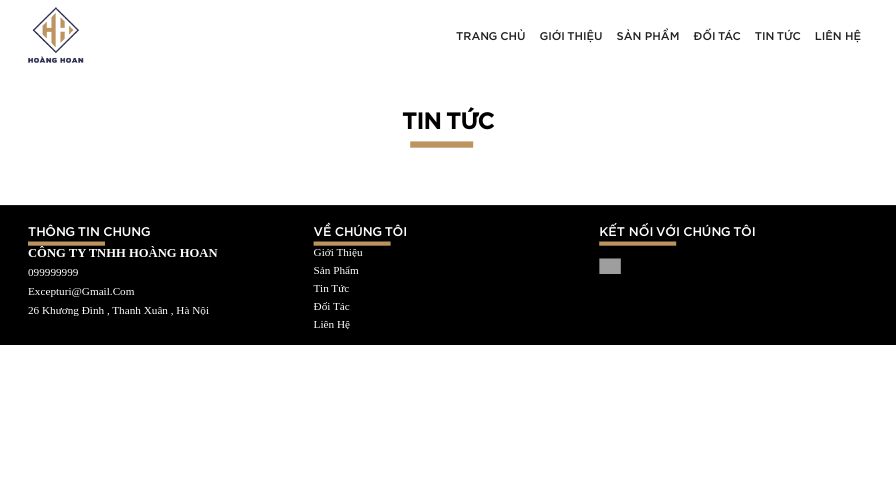
Repository: LDDUNG2003/prj_2
Page: /news
The author's editor kept a copy of each file at every save. The page is drawn from the files as they stood at one save, then again after the next save.
The browser window is 1280 px wide. The pictures show the part of the page from y = 0 to 1920 px (the page is 720 px tall before and 3987 px after), at 70% of full size.
Pictures or frames that could not be fetched are drawn as grey boxes. The project was rebuilt for these pictures with package versions that can differ from the ones it lists, and the page was loaded fresh each time. Also part of the build but not shown: src/font-awesome/index.js, src/pages/home/setProductSlick/index.js, src/pages/home/index.js, src/styles/css/contact.css, src/pages/contact/index.js, src/pages/notfoud/index.js.

Above is the page before, as saved 2023-09-22 09:58:27.

### public/index.html
<!doctype html>
<html lang="en">
  <head>
    <meta charset="utf-8">
    <meta name="viewport" content="width=device-width, initial-scale=1">
    <link rel="shortcut icon" href="./img/logo.png">
    <link rel="preconnect" href="https://fonts.googleapis.com">
    <link rel="preconnect" href="https://fonts.gstatic.com" crossorigin>
    <link href="https://fonts.googleapis.com/css2?family=Roboto:ital,wght@0,100;0,300;0,400;0,500;1,100;1,400;1,500;1,700;1,900&display=swap" rel="stylesheet">
    <title>Nội Thất Hoàng Hoan</title>
  </head>
  <body>
    <div id="root"></div>
  </body>
</html>

### src/index.js
import React from 'react';
import ReactDOM from 'react-dom';
import App from './App';
import './index.css';

const root = ReactDOM.createRoot(document.getElementById('root'));
root.render(
  <React.StrictMode>
    <App />
  </React.StrictMode>,
);

### src/App.js
import React, { Component, Fragment } from 'react';
import { BrowserRouter as Router , Routes, Route } from 'react-router-dom';
import defaultLayout from './layouts/defaultLayout';
import { publicRoute } from './routes';
import "slick-carousel/slick/slick.css";
import "slick-carousel/slick/slick-theme.css";
import './styles/css/responsive.css';

class App extends Component {
  render() {
    return (
      <Router>
        <div className="App">
        <Routes>
          {publicRoute.map((route ,index) => {
              const Page = route.component
              let Layout
              if(route.layout === 'notlayout'){
                Layout = Fragment
              }else{
                Layout = defaultLayout
              }
              return (<Route
                key={index}
                path={route.path}
                element={
                <Layout>
                    <Page/>
                  </Layout>
                }/>);
            })}
        </Routes>
        </div>
      </Router>
    );
  }
}

export default App;

### src/index.css
@font-face {
    font-family: "Gotham-Medium";
    src: url(./styles/front/Gotham-Medium.otf);
}

@font-face {
    font-family: "Gotham-Thin";
    src: url(./styles/front/Gotham-Thin.otf);
}

@font-face {
    font-family: "Gotham-Ultra";
    src: url(./styles/front/Gotham-Ultra.otf);
}

### src/layouts/defaultLayout/index.js
// import PropTypes from 'prop-types'
import Header from "../header";
import Footer from "../footer";
import "../../styles/css/base.css";

function defaultLayout({children}) {
    return(
        <>
        <Header />
        <div className="content">{children}</div>
        <Footer />
        </>
    );
}

// DefaultLayout.propTypes = {
//     children: PropTypes.node.isRequired
// };
export default defaultLayout

### src/routes/index.js
import Home from '~/pages/home'
import News from '~/pages/news'
import Contact from '~/pages/contact'
import page404 from '~/pages/notfoud'

const publicRoute = [
    {path: '/',component: Home},
    {path: '/news',component: News},
    {path: '/contact',component: Contact},
    {path: '/*',component: page404, layout: 'notlayout'}
]

export  {publicRoute}

### src/styles/css/responsive.css
@media (min-width:767px) {
    #mobileMenu {
        display: none;
    }
}

@media (max-width: 767px) {
    #root {
        margin: 0px 5px;
    }
    #mobileMenu {
        display: block;
        text-align: center;
    }
    .logo--block {
        width: 100%;
        display: flex;
        align-items: center;
        justify-content: space-between;
    }
    .navBar {
        display: block;
        height: auto;
    }
    .choose-item {
        width: 100%;
    }
    .menu-mobile {
        width: 40px;
        height: 40px;
        padding: 10px;
        border: 0px;
        background-color: var(--primary-color);
    }
    .news--item-container {
        font-size: 11px;
    }
    .content--title::before {
        display: none;
    }
    .new--item-heading {
        font-size: 14px;
    }
    .navBar__list {
        display: none;
        width: 100%;
    }
    .navBar__list-item {
        padding: 4px;
        border-bottom: 2px solid #ccc;
    }
    .about__us {
        background: none;
    }
    .about__us::before {
        background: none;
    }
    .content__focut {
        position: static;
    }
    .focut--item {
        width: 50%;
    }
    .content__banner {
        width: 100%;
    }
    .banner--content {
        display: none;
    }
    .slick-prev:before,
    .slick-next:before {
        display: none;
    }
    .about--background {
        display: none;
    }
    .about__us-bag {
        position: static;
    }
    .about--block {
        display: block;
    }
    .about--content {
        width: 100%;
        color: var(--text-color);
    }
    .about--content img {
        width: 100%;
    }
    .content--title {
        color: var(--text-color);
    }
    .news--contain {
        display: block;
    }
    .mobile-display {
        display: none;
    }
    .news--contain--item {
        width: 100%;
    }
    .news--list-item {
        width: 100%;
        overflow: hidden;
    }
    .news--list-item img {
        height: 100%;
    }
    .partner--list {
        flex-wrap: wrap;
    }
    .partner--item {
        width: 50%;
    }
    .content--contact {
        display: none;
    }
    .footer__lable {
        display: block;
    }
    .footer--list {
        width: 100%;
        padding: 10px 0px;
    }
    .footer--list-item {
        width: 100%;
        padding: 5px 0px;
    }
    /* news responsive */
    .news--content-list {
        margin: 0px 20px;
    }
    .news--content-item {
        width: 100%;
    }
    .featured--list {
        width: 100%;
        margin: 10px;
        flex-wrap: wrap;
    }
    .featured--item {
        width: 100%;
    }
}

### src/layouts/header/index.js
import ListMenu from "./itemsHeader";
import { FontAwesomeIcon } from "@fortawesome/react-fontawesome"
import { faBars} from "@fortawesome/free-solid-svg-icons";
function Header(){
    let Href = window.location.href
    console.log(Href)

    return (
        <div className="header">
            <div className="navBar">
                <div className="logo--block">
                <img src="./img/logo.png" alt="logo" className="logo" />
                <button onClick={clickMenu} className="menu-mobile" id="mobileMenu"><FontAwesomeIcon icon={faBars} color="#fff"/></button>
                </div>
                <ul className="navBar__list">
                    <ListMenu/>
                </ul>
            </div>
        </div>
    )
}
function clickMenu(){
    if (document.getElementsByClassName("navBar__list")[0].style.display === "block") {
        document.getElementsByClassName("navBar__list")[0].style.display = null;
    } else {
        document.getElementsByClassName("navBar__list")[0].style.display = "block";
    }
}

export default Header

### src/layouts/footer/index.js
function Footer(){
    return (
        <div className="footer ">
            <div className="footer__lable">
                <ul className="footer--list">
                <li className="footer--list-item">
                    <h3 className="footer--list-heading">
                    thông tin chung
                    </h3>
                </li>
                <li className="footer--list-item footer--inheri">công ty tnhh hoàng hoan</li>
                <li className="footer--list-item"><i className="fa-solid fa-phone" style={{color: '#ffffff'}} />099999999</li>
                <li className="footer--list-item"><i className="fa-regular fa-envelope" style={{color: '#ffffff'}} />excepturi@gmail.com
                </li>
                <li className="footer--list-item"><i className="fa-solid fa-location-dot fa-beat" style={{color: '#ffffff'}} />26 khương đình , thanh xuân , hà nội</li>
                </ul>
                <ul className="footer--list">
                <li className="footer--list-item">
                    <h3 className="footer--list-heading">về chúng tôi</h3>
                </li>
                <li className="footer--list-item">giới thiệu</li>
                <li className="footer--list-item">sản phẩm</li>
                <li className="footer--list-item">tin tức</li>
                <li className="footer--list-item">đối tác</li>
                <li className="footer--list-item">liên hệ</li>
                </ul>
                <ul className="footer--list">
                <li className="footer--list-item">
                    <h3 className="footer--list-heading">kết nối với chúng tôi</h3>
                </li>
                <li className="footer--list-item">
                    <ul className="footer--list-contact">
                    <li className="fooder--list-contact-item"><i className="fa-brands fa-square-facebook" style={{color: '#ffffff'}} /></li>
                    <li className="fooder--list-contact-item"><i className="fa-brands fa-instagram" style={{color: '#ffffff'}} />
                    </li>
                    <li className="fooder--list-contact-item"><i className="fa-regular fa-envelope" style={{color: '#fcfcfd'}} />
                    </li>
                    </ul>
                </li>
                <li className="footer--list-item"><img style={{height: 23}} src="./img/xacnhan-bocongthong.png" alt /></li>
                </ul>
            </div>
        </div>
    )
}

export default Footer

### src/styles/css/base.css
* {
    padding: 0px;
    margin: 0px;
    font-family: "Gotham-Medium";
    text-align: justify;
}

:root {
    --primary-color: #bd945f;
    --text-color: #222222;
}


/* font setting */

.App {
    width: 100%;
    overflow: hidden;
}

.main {
    width: 100%;
}

.header {
    padding: 10px 0px;
    margin: auto;
    width: 100%;
    max-width: 1200px;
}

.navBar {
    display: flex;
    width: 100%;
    justify-content: space-between;
}

.logo {
    height: 80px;
}

.navBar__list {
    display: flex;
    list-style: none;
    align-items: center;
}

.navBar__list-item {
    margin: 0 10px;
    position: relative;
}

.navBar__list--link {
    text-transform: uppercase;
    font-size: 16px;
    color: var(--text-color);
    text-decoration: none;
}

.navBar__list-item::before {
    content: '';
    background-color: var(--primary-color);
    display: block;
    height: 4px;
    margin-top: 7px;
    width: 0px;
    top: 75%;
    position: absolute;
    transition: 0.3s;
    z-index: 1;
}

.select--item::before {
    content: '';
    background-color: var(--primary-color);
    display: block;
    height: 4px;
    margin-top: 7px;
    width: 65px;
    top: 75%;
    position: absolute;
    z-index: 1;
}

.navBar__list-item:hover::before {
    width: 65px;
}

.featured--content {
    padding-top: 10px;
    text-align: center;
}

.featured-name {
    display: contents;
    font-size: 18px;
    text-transform: capitalize;
}

.evaluate--list {
    list-style: none;
    display: flex;
    justify-content: center;
}

.evaluate--list li {
    padding: 5px;
    margin: 0;
}

.note-product {}

.content--title {
    font-size: 32px;
    padding: 50px 0px;
    text-align: center;
    position: relative;
    text-transform: uppercase;
}

.content--title::before {
    content: '';
    background-color: var(--primary-color);
    width: 90px;
    height: 9px;
    position: absolute;
    top: 70%;
    right: 47%;
}

.content__featured {
    width: 100%;
    max-width: 1200px;
    margin: auto;
    padding-bottom: 30px;
}

.featured--list {
    width: 100%;
    list-style: none;
    display: flex;
    text-align: center;
}

.featured--item {}

.featured--img {
    width: 80%;
    margin: auto;
}

.price-product {
    text-align: center;
    padding: 7px 0px;
    font-weight: 800;
    font-size: 16px;
}

.slick-prev:before,
.slick-next:before {
    color: var(--primary-color) !important;
    width: 15px;
    display: inline-block;
}

.footer {
    padding: 20px 0px;
    background-color: black;
}

.footer__lable {
    max-width: 1200px;
    margin: auto;
    display: flex;
    width: 100%;
    justify-content: space-around;
    color: #fff;
    justify-content: space-between;
}

.footer--list {
    list-style: none;
    width: 32%;
}

.footer--list-item {
    font-size: 16px;
    padding-top: 8px;
    text-transform: capitalize;
    font-family: initial;
}

.footer--list-heading {
    font-size: 18px;
    font-weight: 300;
    text-transform: uppercase;
    position: relative;
    padding-bottom: 0px;
    font-family: 'Gotham-Medium';
}

.footer--list-heading::after {
    content: '';
    background-color: var(--primary-color);
    width: 110px;
    padding-top: 6px;
    position: absolute;
    left: 0px;
    bottom: -8px;
}

.footer--inheri {
    text-transform: uppercase;
    font-weight: 600;
    font-size: 18px;
}

.footer--list-contact {
    display: flex;
    list-style: none;
}

.fooder--list-contact-item {
    width: 16px;
    padding: 5px;
}

### src/pages/news/index.js
import NewsList from "./newsListItem";
import "~/styles/css/news.css"
function News() {
    document.title = 'Tin Tức';
    return (
        <div className="news--contet">
    <h2 className="content--title">tin tức</h2>
    <ul className="news--content-list">

    </ul>
</div>

     );
}

export default News;

### src/layouts/header/itemsHeader/index.js
import { Link } from "react-router-dom"

function ListMenu() {
    var menuItem = ["Trang Chủ", "Giới Thiệu","sản phẩm","Đối Tác","tin tức","Liên hệ"]
    var menuLink = ["/", "/About", "/Products","partner", "/News", "/Contact"]
    var menubar =[]
    for (var i = 0; i < menuItem.length; i++) {
        menubar.push(
            <li onClick={clickLink} className="navBar__list-item" key={i}>
                <Link className="navBar__list--link" to={menuLink[i]}>{menuItem[i]}</Link>
            </li>
        )
        console.log(menuItem[i])
    }
    return (
        <>
        {menubar}
        </>
    );

    function clickLink(){
        document.getElementsByClassName("navBar__list")[0].style.display = null;
    }
}


export default ListMenu;

### src/styles/css/news.css
.news--contet {
    width: 100%;
    max-width: 1200px;
    margin: auto;
    padding-bottom: 50px;
}

.news--content-list {
    display: flex;
    flex-wrap: wrap;
    list-style: none;
    align-items: center;
}

.news--content-item {
    width: 33%;
    padding: 20px;
    box-sizing: border-box;
}

.news--item-img {
    width: 100%;
}

.news--item-contain {
    margin: auto;
    margin-left: 8px;
}

.news--contain-heading {
    font-size: 23px;
    color: var(--primary-color);
    text-transform: uppercase;
}

.news--contain-text {
    padding: 10px 0px 0px 0px;
    font-size: 16px;
}

### src/pages/notfoud/index.css
* {
    -webkit-box-sizing: border-box;
    box-sizing: border-box;
}

body {
    padding: 0;
    margin: 0;
}

#notfound {
    position: relative;
    height: 100vh;
}

#notfound .notfound {
    position: absolute;
    left: 50%;
    top: 50%;
    -webkit-transform: translate(-50%, -50%);
    -ms-transform: translate(-50%, -50%);
    transform: translate(-50%, -50%);
}

.notfound {
    max-width: 520px;
    width: 100%;
    line-height: 1.4;
    text-align: center;
}

.notfound .notfound-404 {
    position: relative;
    height: 200px;
    margin: 0px auto 20px;
    z-index: -1;
}

.notfound .notfound-404 h1 {
    font-family: 'Montserrat', sans-serif;
    font-size: 236px;
    font-weight: 200;
    margin: 0px;
    color: #211b19;
    text-transform: uppercase;
    position: absolute;
    left: 50%;
    top: 50%;
    -webkit-transform: translate(-50%, -50%);
    -ms-transform: translate(-50%, -50%);
    transform: translate(-50%, -50%);
}

.notfound .notfound-404 h2 {
    font-family: 'Montserrat', sans-serif;
    font-size: 28px;
    font-weight: 400;
    text-transform: uppercase;
    color: #211b19;
    background: #fff;
    padding: 10px 5px;
    margin: auto;
    display: inline-block;
    position: absolute;
    bottom: 0px;
    left: 0;
    right: 0;
}

.notfound a {
    font-family: 'Montserrat', sans-serif;
    display: inline-block;
    font-weight: 700;
    text-decoration: none;
    color: #fff;
    text-transform: uppercase;
    padding: 13px 23px;
    background: #ff6300;
    font-size: 18px;
    -webkit-transition: 0.2s all;
    transition: 0.2s all;
}

.notfound a:hover {
    color: #ff6300;
    background: #211b19;
}

@media only screen and (max-width: 767px) {
    .notfound .notfound-404 h1 {
        font-size: 148px;
    }
}

@media only screen and (max-width: 480px) {
    .notfound .notfound-404 {
        height: 148px;
        margin: 0px auto 10px;
    }
    .notfound .notfound-404 h1 {
        font-size: 86px;
    }
    .notfound .notfound-404 h2 {
        font-size: 16px;
    }
    .notfound a {
        padding: 7px 15px;
        font-size: 14px;
    }
}

### src/styles/css/home.css
.content {
    width: 100%;
    /* max-width: 1500px; */
    margin: auto;
}

.content__banner {
    width: 100%;
    position: relative;
}

.content--list-image {
    width: 100%;
    max-width: 1500px;
    margin: auto;
}

.content--image {
    width: 100%;
}

.banner--content {
    position: absolute;
    top: 10%;
    left: 15%;
}

.banner--content-text-title {
    text-transform: uppercase;
    font-family: 800;
    font-family: "gotham-utral";
    font-size: 25px;
}

.banner--content-text {
    font-size: 18px;
    color: var(--text-color);
    width: 420px;
}

.banner--button {
    padding: 20px;
    color: aliceblue;
    background-color: var(--primary-color);
    border: none;
    font-family: "gotham-utral";
    font-size: 18px;
    cursor: pointer;
}

.content__focut {
    position: relative;
    background-color: #ffffff;
    top: -60px;
    max-width: 1200px;
    width: 100%;
    margin: auto;
}

.focut--list {
    margin: auto;
    display: flex;
    width: 100%;
    list-style: none;
    flex-wrap: wrap;
}

.focut--item {
    width: 25%;
    text-align: center;
}

.focut--img {
    width: 100%;
}

.focut--text {
    text-align: center;
    font-size: 23px;
}

.content__featured {
    width: 100%;
    max-width: 1200px;
    margin: auto;
    padding-bottom: 30px;
}

.featured--list {
    width: 100%;
    list-style: none;
    display: flex;
    text-align: center;
}

.featured--item {
    width: 24%;
}

.featured--img {
    width: 80%;
    margin: auto;
}

.about__us {
    position: relative;
    width: 100%;
    max-width: 1500px;
    margin: auto;
    padding: 20px 0px;
    background-image: url("../img/bg-about-us.jpg");
    display: flex;
    justify-content: center;
}

.about__us::before {
    content: "";
    position: absolute;
    width: 100%;
    height: 100%;
    background-color: black;
    opacity: 0.5;
    z-index: 0;
    top: 0px;
    display: block;
}

.about__us-bag {
    top: 0px;
    width: 100%;
    max-width: 1200px;
    left: 10%;
    color: #ffffff;
    z-index: 1;
}

.about__content {
    width: 100%;
}

.about--block {
    display: flex;
    justify-content: space-between;
}

.about--content {
    width: 47%;
}

.about--content--title {
    font-size: 23px;
}

.about--text--list {
    font-size: 16px;
    padding: 10px 0px;
}

.about--text {
    padding: 10px 0px;
}

.about--list {
    list-style: none;
    display: flex;
}

.about--item {
    width: 20%;
    padding: 4px;
}

.about--img {
    width: 100%;
}

.choose__choose {
    width: 100%;
}

.choose--list {
    list-style: none;
    display: flex;
    flex-wrap: wrap;
    justify-content: space-between;
}

.choose--item {
    align-items: center;
    margin: 5px 0px;
    width: 48%;
    display: flex;
    background-color: #ffffff;
}

.choose--content-title {
    color: var(--primary-color);
    font-size: 23px;
    text-transform: uppercase;
    font-weight: 800;
}

.choose--text {
    font-weight: 700;
    font-size: 16px;
    padding: 5px 0px;
    color: var(--text-color);
}

.news {
    margin: auto;
    width: 100%;
    max-width: 1500px;
}

.content--title {}

.news--contain {
    margin: auto;
    display: flex;
    width: 100%;
    justify-content: space-between;
}

.news--contain--item {
    width: 48%;
    position: relative;
}

.impotant--grd {
    height: 460px;
    width: 100%;
}

.news-contain-impotant {
    margin-right: 10px;
    position: absolute;
    bottom: 0;
    height: 30%;
    background-color: var(--primary-color);
    padding: 20px 10px;
    width: 100%;
}

.news--impotant-heading {
    font-size: 23px;
    text-transform: uppercase;
    color: #ffffff;
}

.news--impotant-text {
    font-size: 16px;
}

.news--list {
    list-style: none;
}

.news--list-item {
    margin: 5px 0;
    display: flex;
    height: 105px;
}

.new--item-heading {
    font-size: 21px;
    text-transform: capitalize;
}

.news--item-container {
    font-size: 16px;
    margin: 5px;
    font-weight: 100;
    text-align: justify;
}

.news--impotant-text {
    margin: 0px;
}

.partner--contain {}

.partner--list {
    display: flex;
    list-style: none;
    flex-wrap: wrap;
    width: 100%;
    /* setup max width  */
    max-width: 1200px;
    margin: auto;
}

.partner--item {
    /* setup width calc 100/7 */
    width: calc(100% / 7);
    /* width: calc(100%/7%); */
}

.content--contact {
    width: 100%;
    margin: auto;
    max-width: 1600px;
    position: relative;
    box-sizing: border-box;
}

.contact--contain {
    height: 100%;
}

.contact-bg {
    width: 100%;
    height: 100%;
}

.contact-contain {}

.contact-image {
    position: absolute;
    display: none;
}

### src/pages/news/newsListItem/index.js
function NewsList() {
    var NewsList = []
    var NewsItems = []
    for(var i = 0; i < 20; i++){
        NewsList.push(
            <li className="news--content-item">
                <img src="./img/news/tintuc-1.jpg" alt className="news--item-img" />
                <div className="news--item-contain">
                    <h4 className="news--contain-heading">Ngất ngây với 10 mẫu nội thất chung cư một ngủ đẹp</h4>
                    <p className="news--contain-text">Những căn hộ chung cư mini, có diện tích nhỏ ngày càng trở nên nên ưa chuộng hơn trong cuộc sống hiện đại với những ai có khoản kinh phí "hạn hẹp".</p>
                </div>
            </li>
        )
    }
    return (
        <>
        {NewsList}
        </>
    );
}

export default NewsList;

After the next save:
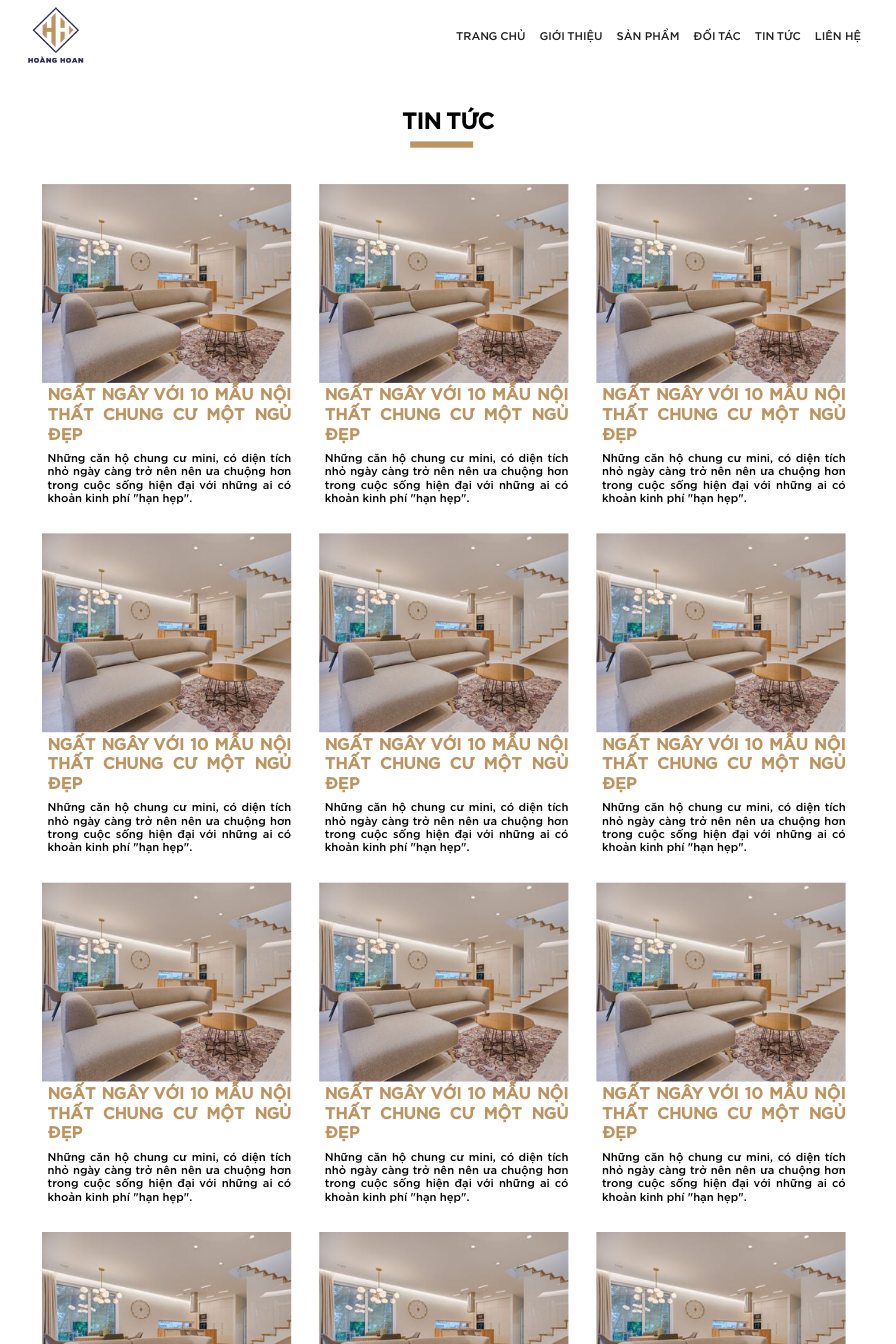
Saved 12 s later.
--- a/src/pages/news/index.js
+++ b/src/pages/news/index.js
@@ -6,7 +6,7 @@ function News() {
         <div className="news--contet">
     <h2 className="content--title">tin tức</h2>
     <ul className="news--content-list">
-
+        <NewsList/>
     </ul>
 </div>
 
